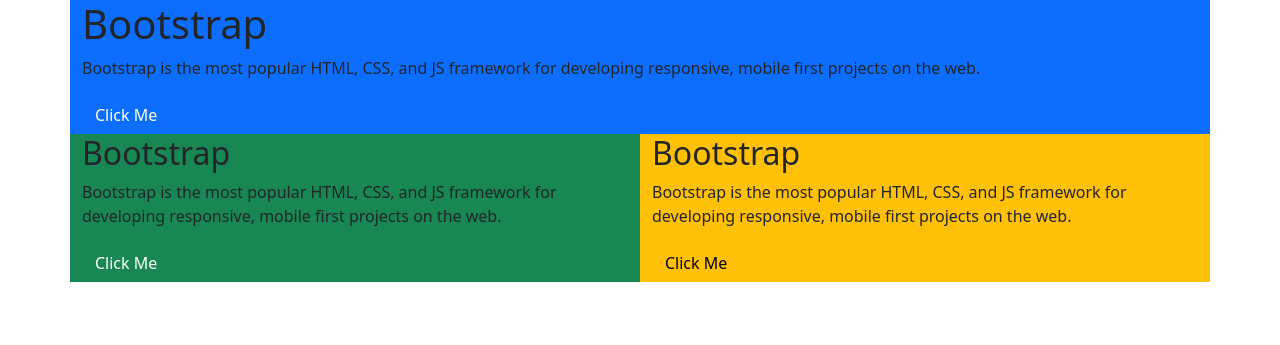
Repository: arunyerram/Web-TEChnologies
Page: b.html
The author's editor kept a copy of each file at every save. The page is drawn from the files as they stood at one save, then again after a run of saves.
The browser window is 1280 px wide. The pictures show the whole page.

Above is the page before, as saved 2025-02-20 12:04:36.

After the next 2 saves:
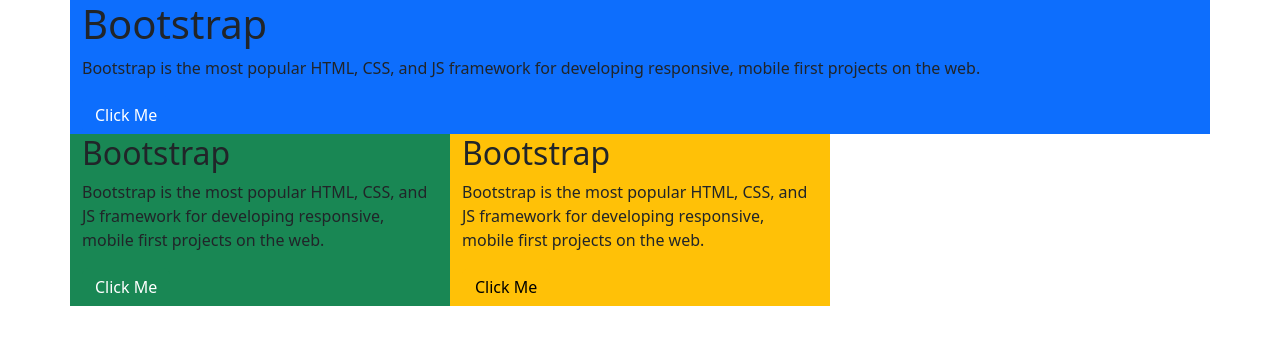
The 2 saves are shown as one change because they came seconds apart.
The last was saved 35 s later.
--- a/b.html
+++ b/b.html
@@ -19,12 +19,12 @@
         </div>
 
         <div class="row">
-            <div class="col-sm-6 bg-success">
+            <div class="col-sm-4 bg-success">
                 <h2>Bootstrap</h2>
                 <p>Bootstrap is the most popular HTML, CSS, and JS framework for developing responsive, mobile first projects on the web.</p>
                 <button class="btn btn-success">Click Me</button>
             </div>
-            <div class="col-sm-6 bg-warning">
+            <div class="col-sm-4 bg-warning">
                 <h2>Bootstrap</h2>
                 <p>Bootstrap is the most popular HTML, CSS, and JS framework for developing responsive, mobile first projects on the web.</p>
                 <button class="btn btn-warning">Click Me</button>
